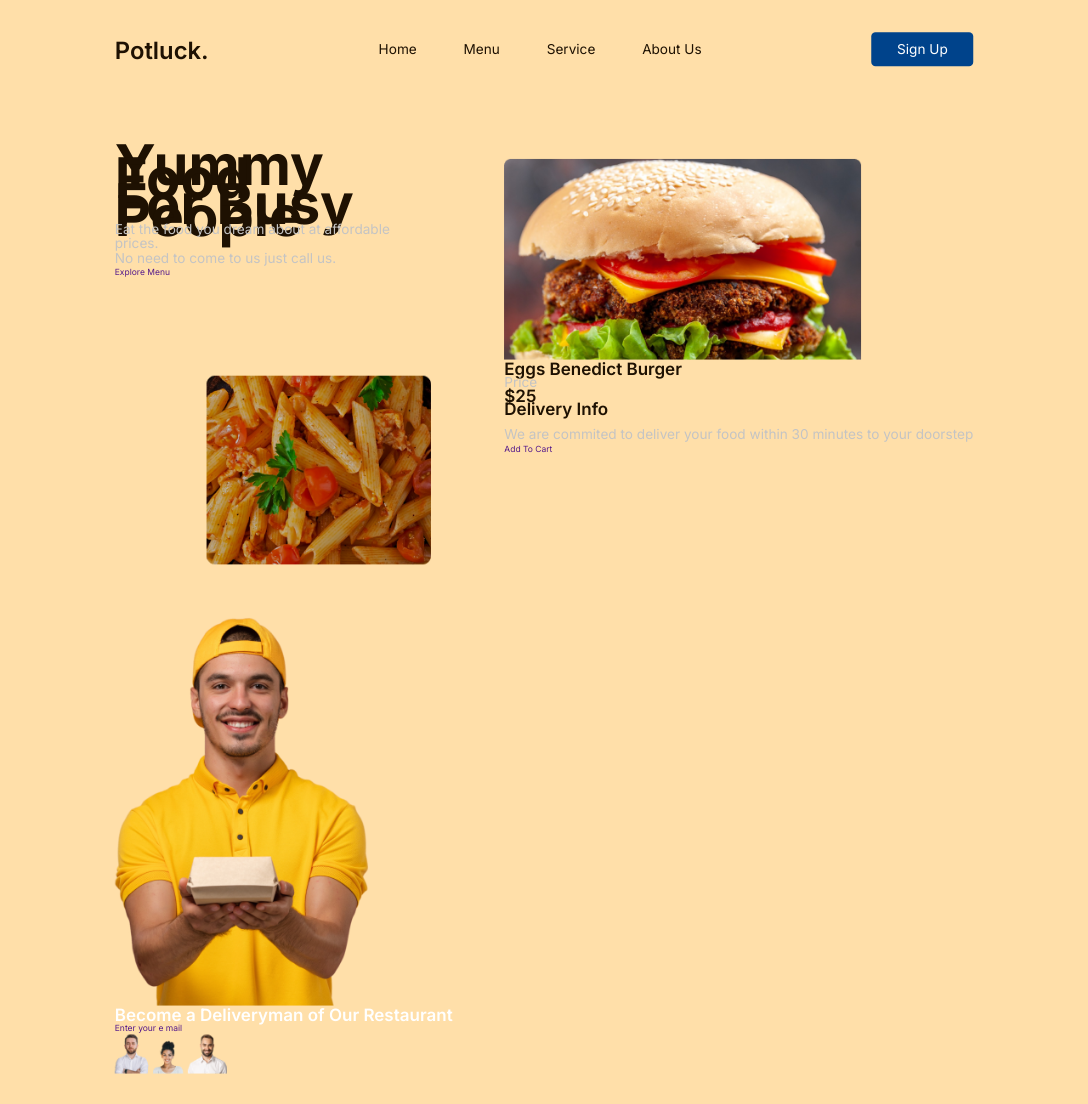
Repository: kien181999/potluck-restaurant-landing
Page: index.html
These files come from the project's save history. The page is drawn as it stood at one moment and after the next save; the edit follows.
The browser window is 1280 px wide. The pictures show the whole page, at 85% of full size.
The style sheet was rebuilt from its Sass, Less or Tailwind sources for each picture, by a compiler version that may differ from the author's.

Above is the page before, as saved 2022-06-18 05:38:18.

After the next save:
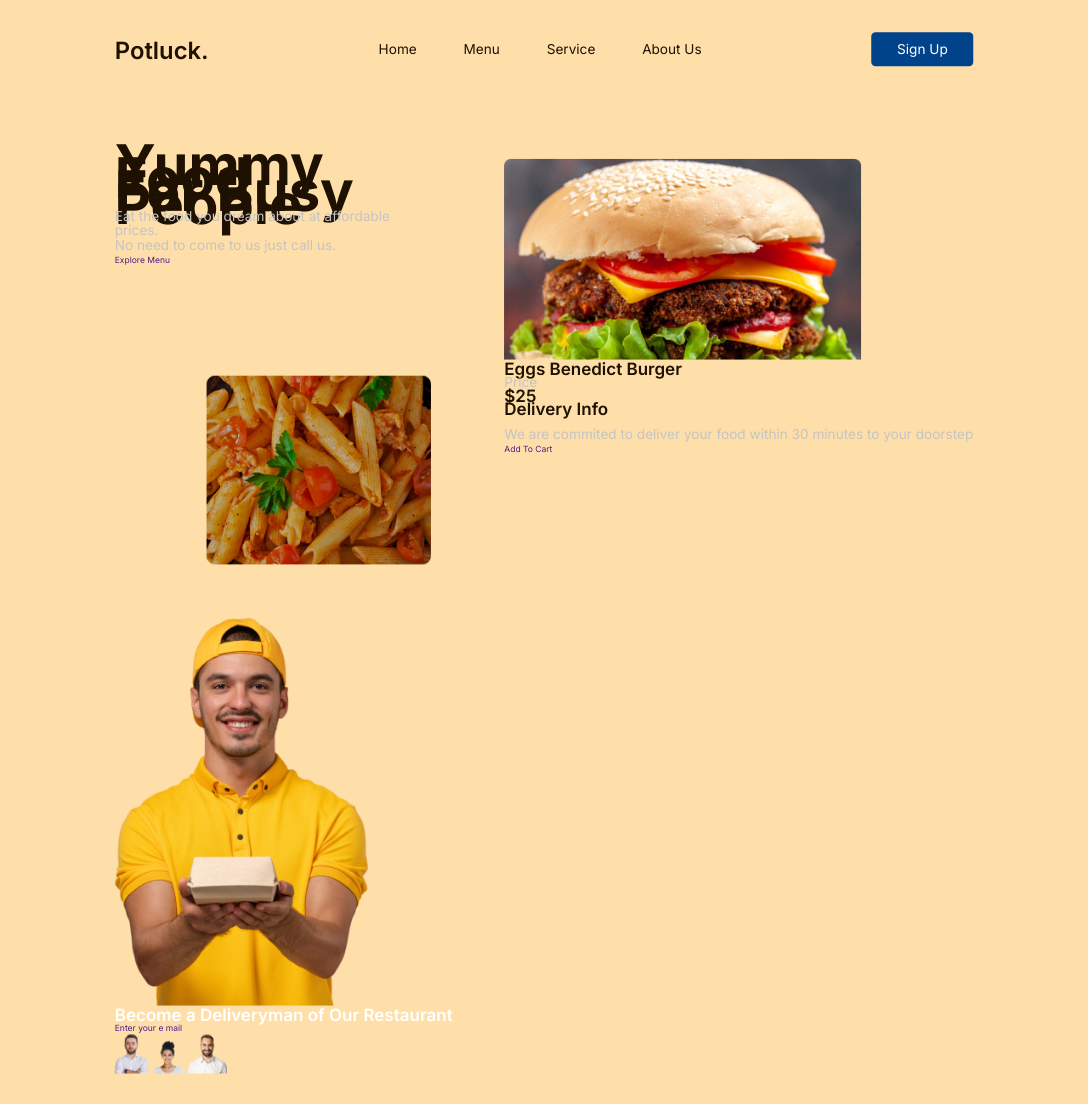
Saved 3 min 59 s later.
--- a/index.html
+++ b/index.html
@@ -38,7 +38,6 @@
                 <div class="header__content--text">
                     <div class="header__content--text-1">
                         <h1 class="heading-1">Yummy Food</h1>
-                        <br>
                         <h1 class="heading-1">For Busy People</h1>
                     </div>
                     <div class="header__content--text-2">
